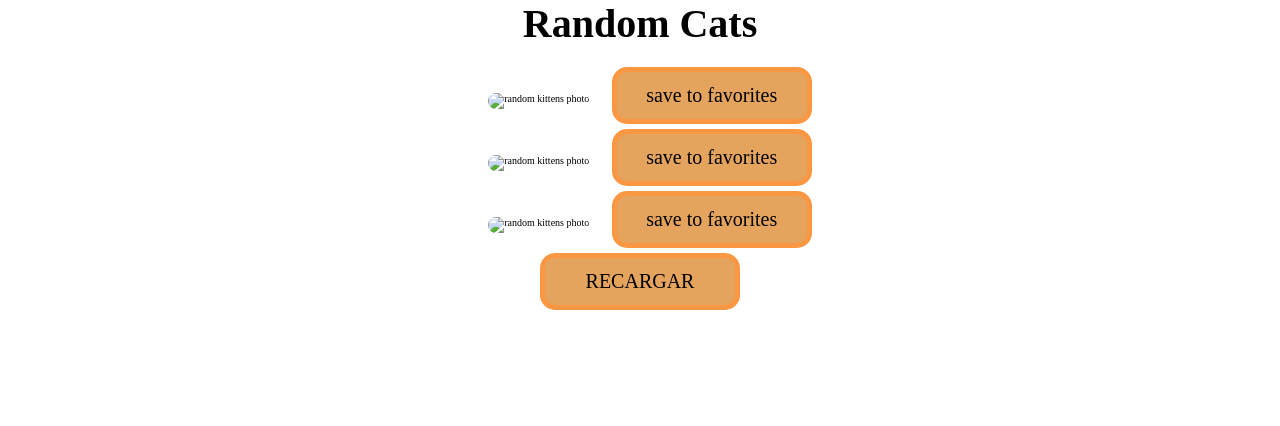
Repository: elto82/ConsumoAPIRESTjs
Page: index.html
These files come from the project's save history. The page is drawn as it stood at one moment and after the next save; the edit follows.
The browser window is 1280 px wide. The pictures show the whole page.
The page's requests for data from a server got no answer.

Above is the page before, as saved 2022-07-02 19:49:27.

### index.html
<!DOCTYPE html>
<html lang="en">

<head>
  <meta charset="UTF-8">
  <meta http-equiv="X-UA-Compatible" content="IE=edge">
  <meta name="viewport" content="width=device-width, initial-scale=1.0">
  <title>Random Cats</title>
  <link rel="stylesheet" href="style.css">
</head>

<body>
  <header>
    <h1>Random Cats</h1>
  </header>
  <section id="randomMichis" class="container">
    <article>
      <img id="img1" alt="random kittens photo" class="image">
      <button class="random-cat-button" onclick="reload()">save to favorites</button>
    </article>
    <article>
      <img id="img2" alt="random kittens photo" class="image">
      <button class="random-cat-button" onclick="reload()">save to favorites</button>
    </article>
    <article>
      <img id="img3" alt="random kittens photo" class="image">
      <button class="random-cat-button" onclick="reload()">save to favorites</button>
    </article>
    <button class="random-cat-button" onclick="reload()">RECARGAR</button>
  </section>
  <section id="favoritesMichis">

  </section>
  <script src="./main.js"></script>
</body>

</html>

### style.css
* {
  box-sizing: border-box;
  margin: 0px;
  padding: 0px;
}
html {
  font-size: 62.5%;
}
body {
  font-family: 'Square Peg', cursive;
}
header {
  display: flex;
  justify-content: center;
}
h1 {
  font-size: 4rem;
}
.container {
  display: flex;
  flex-direction: column;
  justify-content: center;
  place-items: center;
  padding: 20px;
}
.container .image {
  border-radius: 20px;
  margin: 20px;
  width: 80%;
  height: auto;
}
.random-cat-button {
  align-items: center;
  background-color: rgb(228, 164, 94);
  border: 5px solid rgb(249, 151, 66);
  border-radius: 15px;
  cursor: pointer;
  font-family: 'Pacifico', cursive;
  font-size: 2rem;
  padding: 12px;
  width: 200px;
  height: auto;
}
.random-cat-button:hover {
  border: 5px solid rgb(228, 164, 94);
  background-color: rgb(227, 141, 67);
}

### main.js
/*--------------------------------------------- endpoint
const API_URL = "https://api.thecatapi.com/v1/images/search"; */
/* --------------------------------------------------------query parameters */
const API_URL = "https://api.thecatapi.com/v1/images/search?limit=3&api_key=11fb4c78-96c8-403c-b282-b8c4d38b4b60";

async function reload() {
  const res = await fetch(API_URL);
  const data = await res.json();

  console.log(data);
  const img1 = document.getElementById("img1");
  const img2 = document.getElementById("img2");
  const img3 = document.getElementById("img3");

  img1.src = data[0].url;
  img2.src = data[1].url;
  img3.src = data[2].url;
}
reload();

After the next save:
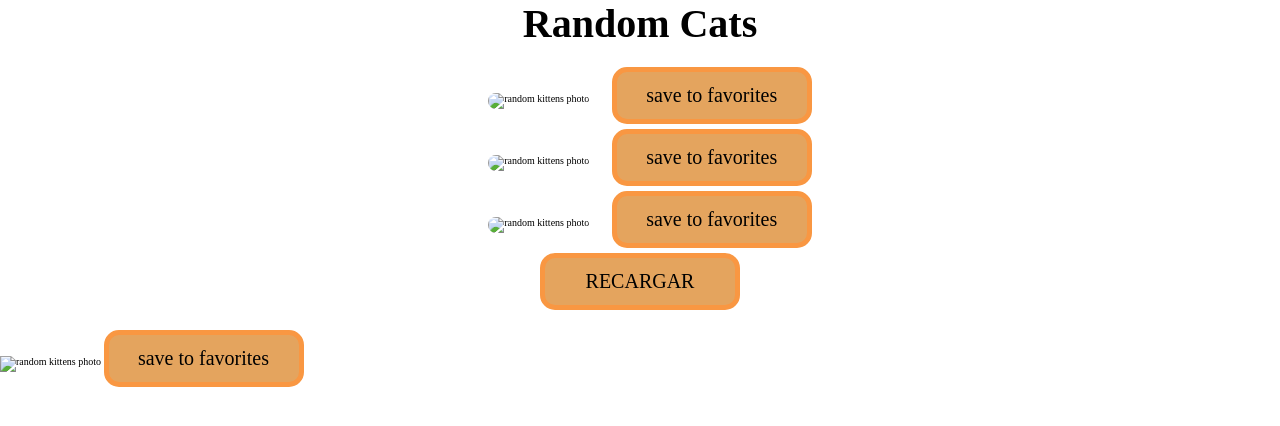
Saved 2 min 18 s later.
--- a/index.html
+++ b/index.html
@@ -29,7 +29,10 @@
     <button class="random-cat-button" onclick="reload()">RECARGAR</button>
   </section>
   <section id="favoritesMichis">
-
+    <article>
+      <img id="img3" alt="random kittens photo" class="image">
+      <button class="random-cat-button" onclick="reload()">save to favorites</button>
+    </article>
   </section>
   <script src="./main.js"></script>
 </body>
